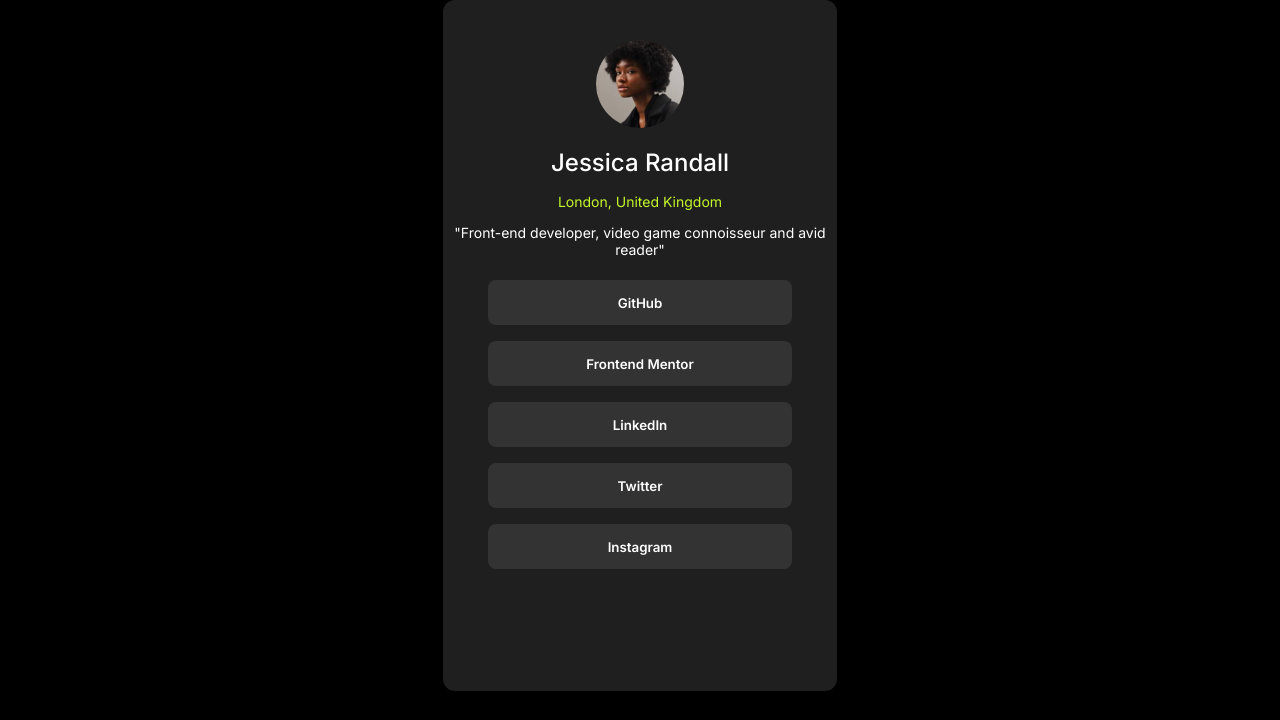
Repository: brandontaylor1/social-links-profile
Page: index.html
An editor plug-in stored every save of this project. The page is shown before and after a run of saves, followed by the edit.
The browser window is 1280 px wide. The pictures show the whole page.

Above is the page before, as saved 2024-12-25 17:52:49.

### index.html
<!DOCTYPE html>
<html lang="en">
<head>
    <meta charset="UTF-8">
    <meta name="viewport" content="width=device-width, initial-scale=1.0">
    <link rel="preconnect" href="https://fonts.googleapis.com">
    <link rel="preconnect" href="https://fonts.gstatic.com" crossorigin>
    <link href="https://fonts.googleapis.com/css2?family=Inter:ital,opsz,wght@0,14..32,100..900;1,14..32,100..900&display=swap" rel="stylesheet">
    <link rel="stylesheet" href="styles.css">
    <title>Social Links Profile</title>
</head>
<body>
    <main class="container">
        <div class="profile-content">
            <div class="img-container">
                <img src="./images/avatar-jessica.jpeg" class="profile-pic" alt="profile-pic">
            </div>
            <div class="profile-text">
                <h1>Jessica Randall</h1>
                <h2>London, United Kingdom</h2>
                <p>"Front-end developer, video game connoisseur and avid reader"</p>
            </div>
        </div>
        <div class="social-link-button-container">
            <button class="social-link-button"><a href="#">GitHub</a></button>
            <button class="social-link-button"><a href="#">Frontend Mentor</a></button>
            <button class="social-link-button"><a href="#">LinkedIn</a></button>
            <button class="social-link-button"><a href="#">Twitter</a></button>
            <button class="social-link-button"><a href="#">Instagram</a></button>
        </div>
    </main>

    <script src="index.js"></script>
</body>
</html>

### styles.css
:root {
    --gray-900: #141414;
    --gray-800: #1F1F1F;
    --gray-700: #333333;

    --color-white: #FFFFFF;
    --color-black: #000000;

    --color-green: #C4F82A;

}

body {
    box-sizing: border-box;
    margin: 0;
    padding: 0;
    background-color: black;
    display: flex;
    justify-content: center;
    align-items: center;
    font-family: "Inter", sans-serif;
    background-color: var(--color-black);
}

.container {
    background-color: var(--gray-800);
    color: var(--color-white);
    border-radius: 12px;
    padding: 40px 5px;
    width: 384px;
    height: 611px;
    text-align: center;
}

.profile-pic {
    width: 88px;
    height: 88px;
    border-radius: 50%;
}

.profile-text h1 {
    font-size: 24px;
    font-family: "Inter", sans-serif;
    font-weight: 500;
}

.profile-text h2 {
    font-size: 14px;
    font-family: "Inter", sans-serif;
    font-weight: 400;
    color: var(--color-green);
}

.profile-text p {
    font-size: 14px;
    font-family: "Inter", sans-serif;
    font-weight: 400;
    color: var(--color-white);
}


.social-link-button-container {
    display: flex;
    flex-direction: column;
    justify-content: center;
    align-items: center;
}

a {
    text-decoration: none;
    color: var(--color-white);
}

a:hover {
    color: var(--color-black);
}

.social-link-button {
    width: 304px;
    height: 45px;
    background-color: var(--gray-700);
    border: none;
    border-radius: 8px;
    margin: 8px;
    font-family: "Inter", sans-serif;
    font-weight: 600;

}

.social-link-button:hover {
    background-color: var(--color-green);

}

Loaded but not shown: index.js (no stored copy; drawn as an empty file)

After the next 3 saves:
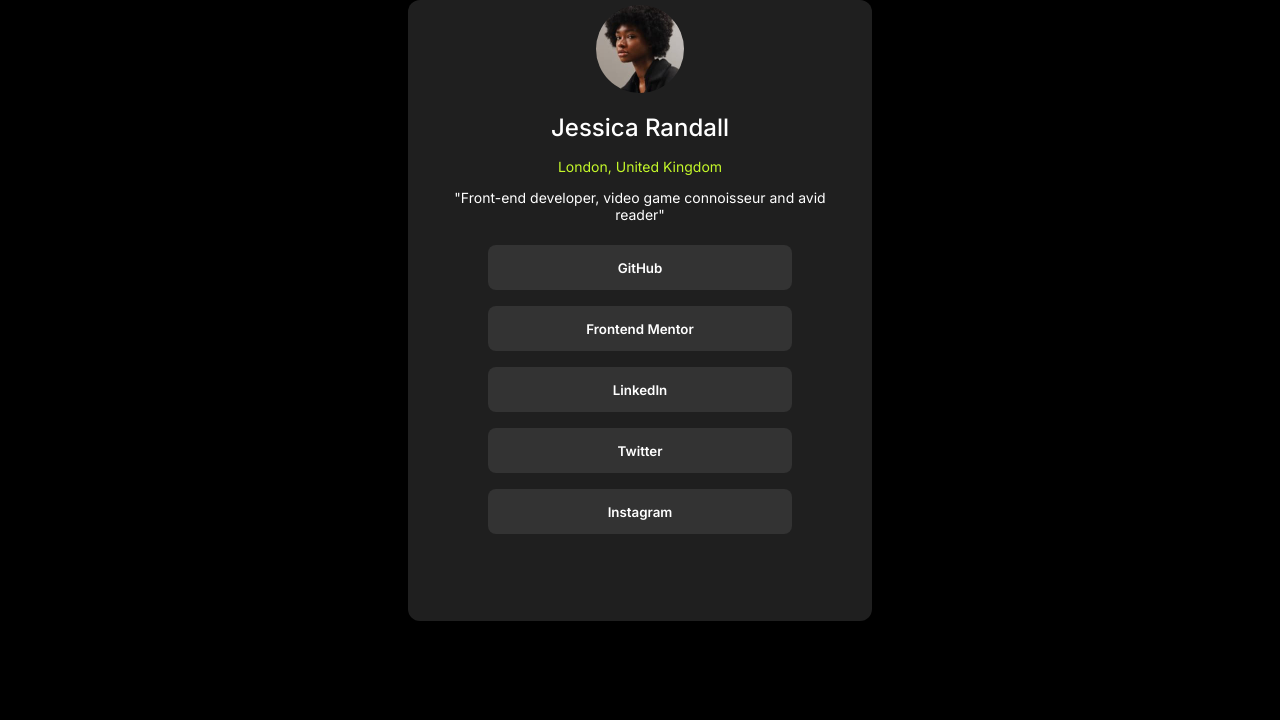
The 3 saves are shown as one change because they came seconds apart.
The last was saved 63 s later.
--- a/styles.css
+++ b/styles.css
@@ -26,7 +26,7 @@ body {
     background-color: var(--gray-800);
     color: var(--color-white);
     border-radius: 12px;
-    padding: 40px 5px;
+    padding: 5px 40px;
     width: 384px;
     height: 611px;
     text-align: center;
